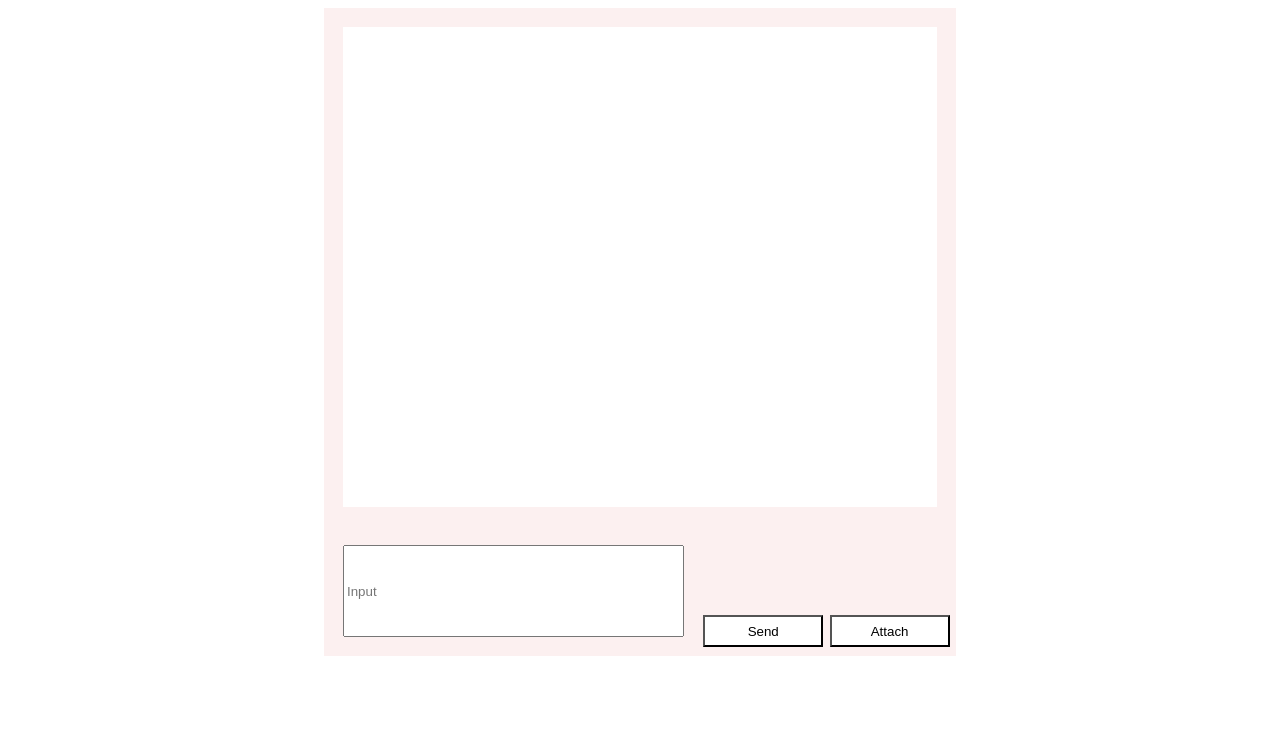
Repository: ddt2h/node-express-chat
Page: front/index.html
The author's editor kept a copy of each file at every save. The page is drawn from the files as they stood at one save, then again after the next save.
The browser window is 1280 px wide. The pictures show the whole page.

Above is the page before, as saved 2024-07-05 15:52:20.

### front/index.html
<!DOCTYPE html>
<html lang="en">

<head>
    <meta charset="UTF-8">
    <meta name="viewport" content="width=device-width, initial-scale=1.0">
    <style>
        body {
            display: grid;
            justify-items: center;
            height: 100vh;
        }

        .mainframe {
            width: 50%;
            height: 90%;
            background-color: rgb(252, 240, 240);
            display: grid;
            grid-template-columns: repeat(5, 1fr);
            grid-template-rows: repeat(5, 1fr);
            grid-column-gap: 0px;
            grid-row-gap: 0px;
        }

        .mainframe-input {
            grid-area: 5 / 1 / 6 / 4;
            margin: 5%;
        }

        .mainframe-send {
            grid-area: 5 / 4 / 6 / 5;
            background-color: rgb(255, 255, 255);
            margin-top: 70%;
            margin-right: 5%;
            height: 25%;
        }

        .mainframe-attach {
            grid-area: 5 / 5 / 6 / 6;
            background-color: rgb(255, 255, 255);
            margin-top: 70%;
            margin-right: 5%;
            height: 25%;
        }

        .mainframe-field {
            grid-area: 1 / 1 / 5 / 6;
            background-color: rgb(255, 255, 255);
            margin: 3%;
            overflow: scroll;
        }
    </style>

    <title>---</title>
</head>

<body>
    <div class="mainframe">
        <input type="text" class="mainframe-input" id="input" placeholder="Input">
        <input type="button" class="mainframe-send" id="send" value="Send">
        <input type="button" class="mainframe-attach" value="Attach">
        <div class="mainframe-field">
        </div>

</body>

<script>
    const sendButtonElement = document.getElementById('send');
    const inputElement = document.getElementById('input');
    sendButtonElement.addEventListener("click", () => {
        const response = fetch('http://localhost:3001/message',
            {
                method: 'POST',
                headers: {
                    'Content-Type': 'application/json'
                },
                body: JSON.stringify({
                    author: "asd",
                    message: inputElement.value,
                    data: "01"
                })
            });
    });
</script>

</html>

After the next save:
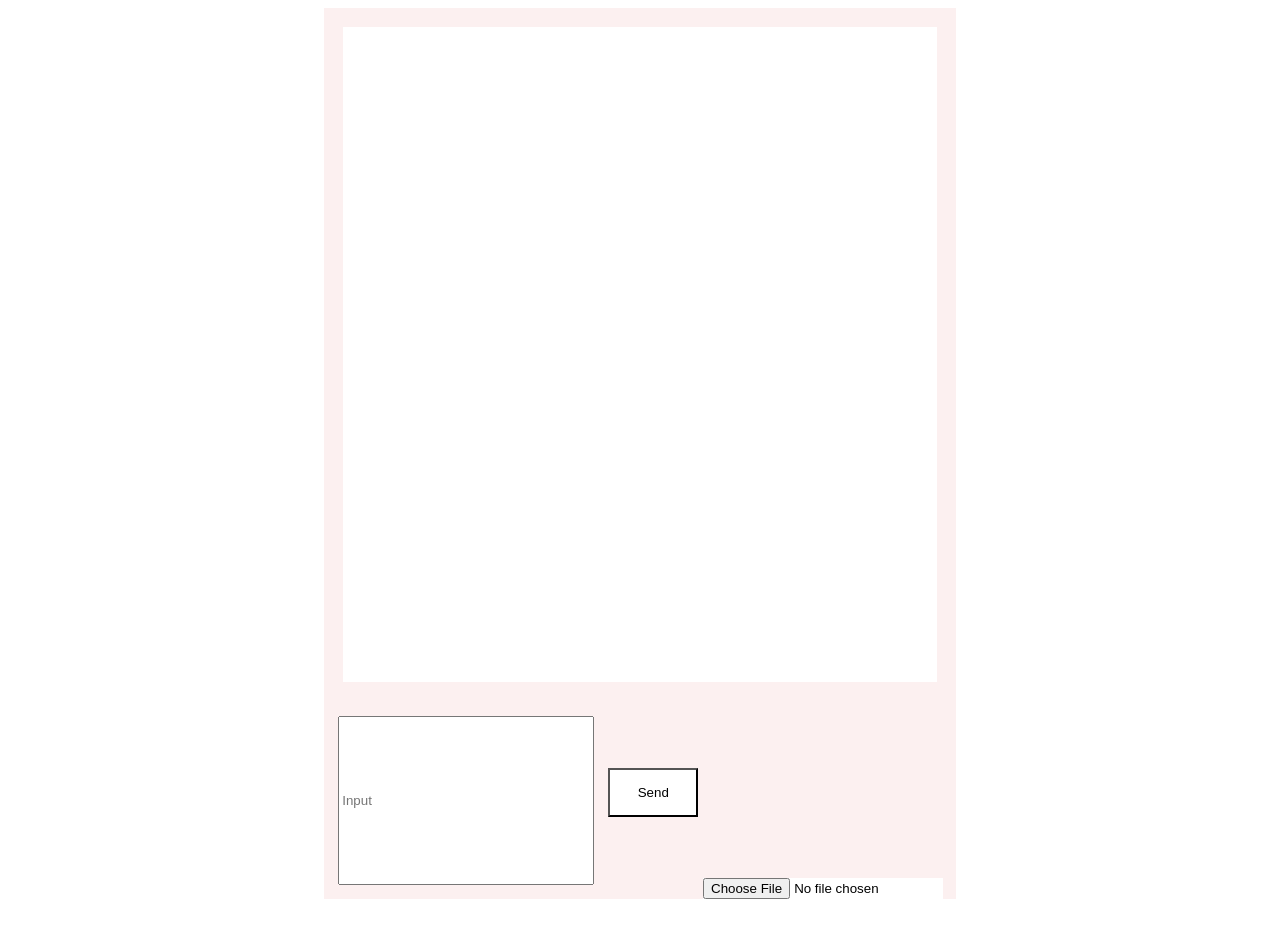
Saved 27 s later.
--- a/front/index.html
+++ b/front/index.html
@@ -58,7 +58,7 @@
     <div class="mainframe">
         <input type="text" class="mainframe-input" id="input" placeholder="Input">
         <input type="button" class="mainframe-send" id="send" value="Send">
-        <input type="button" class="mainframe-attach" value="Attach">
+        <input type="file" class="mainframe-attach" value="Attach">
         <div class="mainframe-field">
         </div>
 

After the 2 saves that followed:
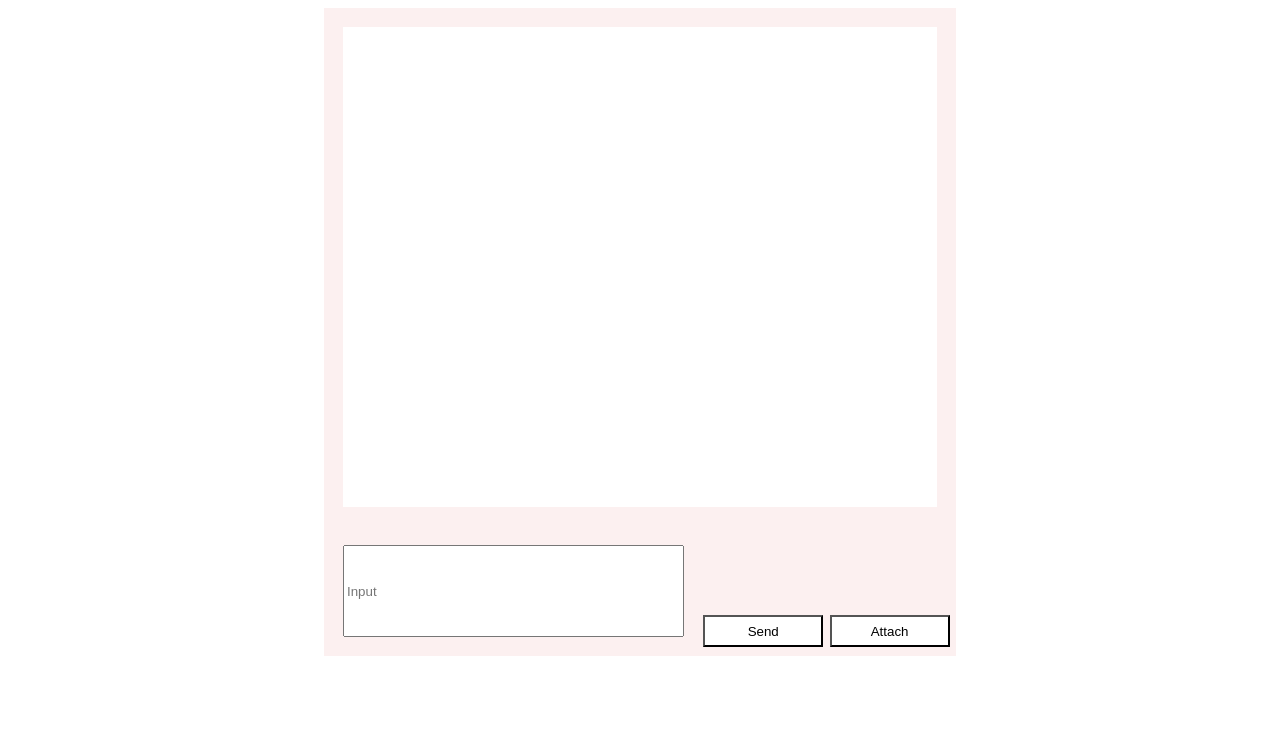
The 2 saves are shown as one change because 1 left the picture as it was.
The last was saved 39 s later.
--- a/front/index.html
+++ b/front/index.html
@@ -58,7 +58,7 @@
     <div class="mainframe">
         <input type="text" class="mainframe-input" id="input" placeholder="Input">
         <input type="button" class="mainframe-send" id="send" value="Send">
-        <input type="file" class="mainframe-attach" value="Attach">
+        <input type="button" class="mainframe-attach" value="Attach">
         <div class="mainframe-field">
         </div>
 
